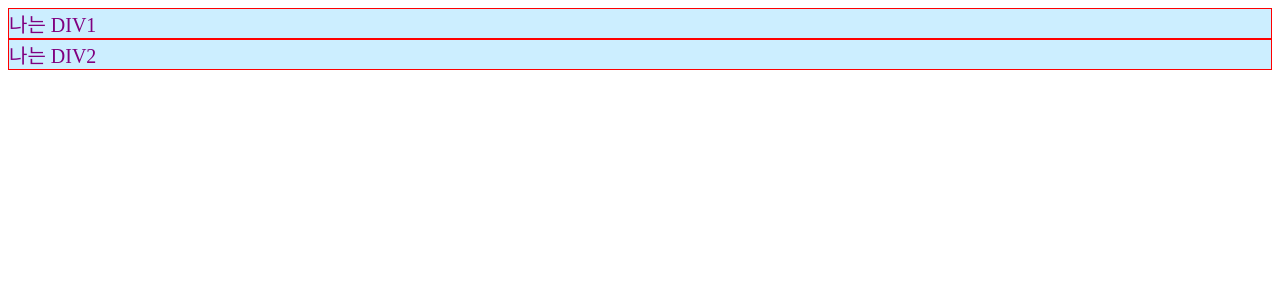
Repository: gold37/JAVA_HOME
Page: myjsp/myjsp/HTML5/WebContent/ch01_cssOrder/cssOrder.html
These files come from the project's save history. The page is drawn as it stood at one moment and after the next save; the edit follows.
The browser window is 1280 px wide. The pictures show the whole page.

Above is the page before, as saved 2020-04-22 05:24:41.

After the next save:
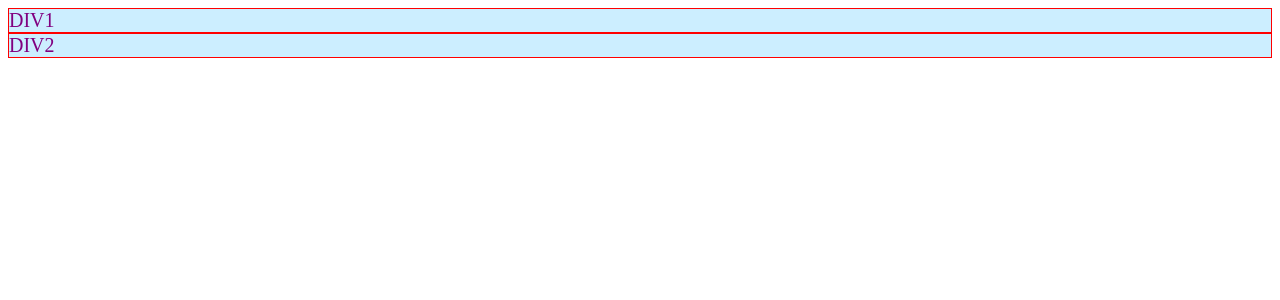
Saved 16 s later.
--- a/myjsp/myjsp/HTML5/WebContent/ch01_cssOrder/cssOrder.html
+++ b/myjsp/myjsp/HTML5/WebContent/ch01_cssOrder/cssOrder.html
@@ -36,8 +36,8 @@ div {
 
 <body>
 
-<div style="border: solid 1px red; background-color: #FFB2F5;">나는 DIV1</div>
-<div style="border: solid 1px red; background-color: #FFB2F5;">나는 DIV2</div>
+<div style="border: solid 1px red; background-color: #FFB2F5;">DIV1</div>
+<div style="border: solid 1px red; background-color: #FFB2F5;">DIV2</div>
 
 
 </body>
